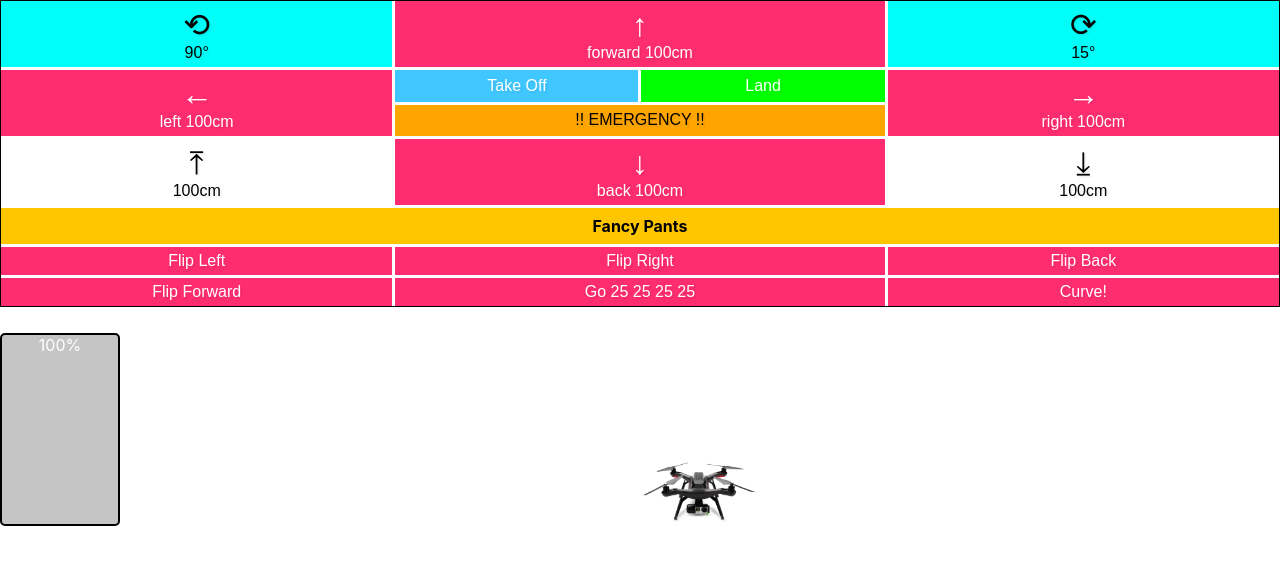
Repository: JivkoJelev91/Drone-Simulator
Page: /
The author's editor kept a copy of each file at every save. The page is drawn from the files as they stood at one save, then again after the next save.
The browser window is 1280 px wide. The pictures show the whole page.
The project was rebuilt for these pictures with package versions that can differ from the ones it lists, and the page was loaded fresh each time. Also part of the build but not shown: src/App.css.

Above is the page before, as saved 2018-12-18 10:34:44.

After the next save:
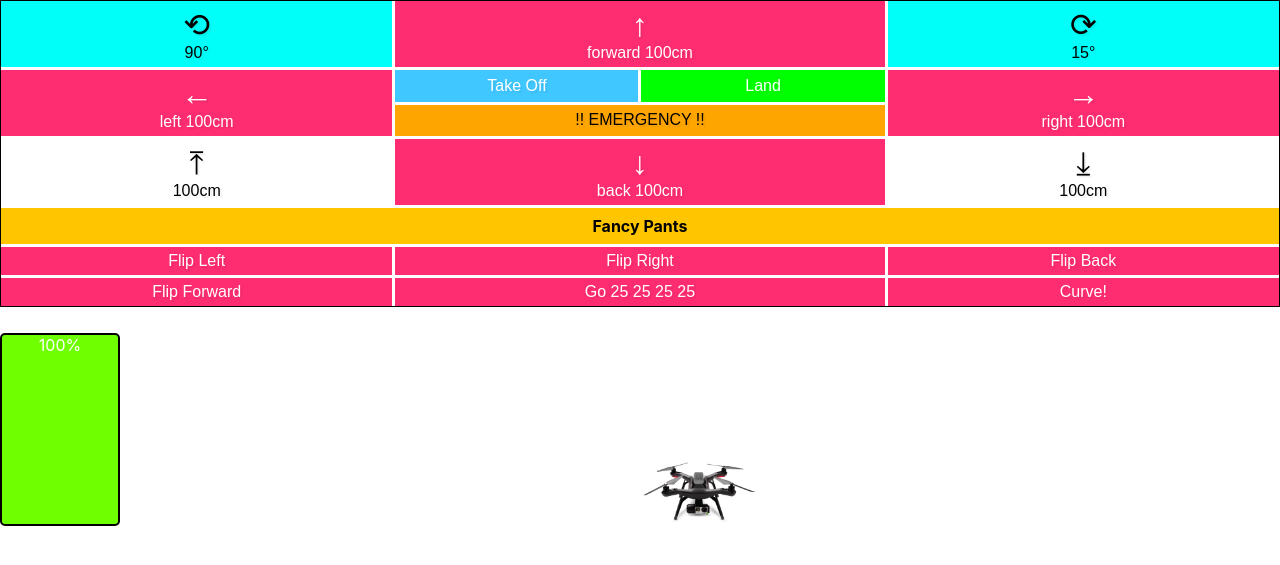
Saved 42 s later.
--- a/src/index.css
+++ b/src/index.css
@@ -42,7 +42,7 @@
   overflow: hidden;
   display: flex;
   flex-direction: column-reverse;
-  background: #c5c5c5;
+  background: #70ff00;
 }
 
 .batteryLevel {
